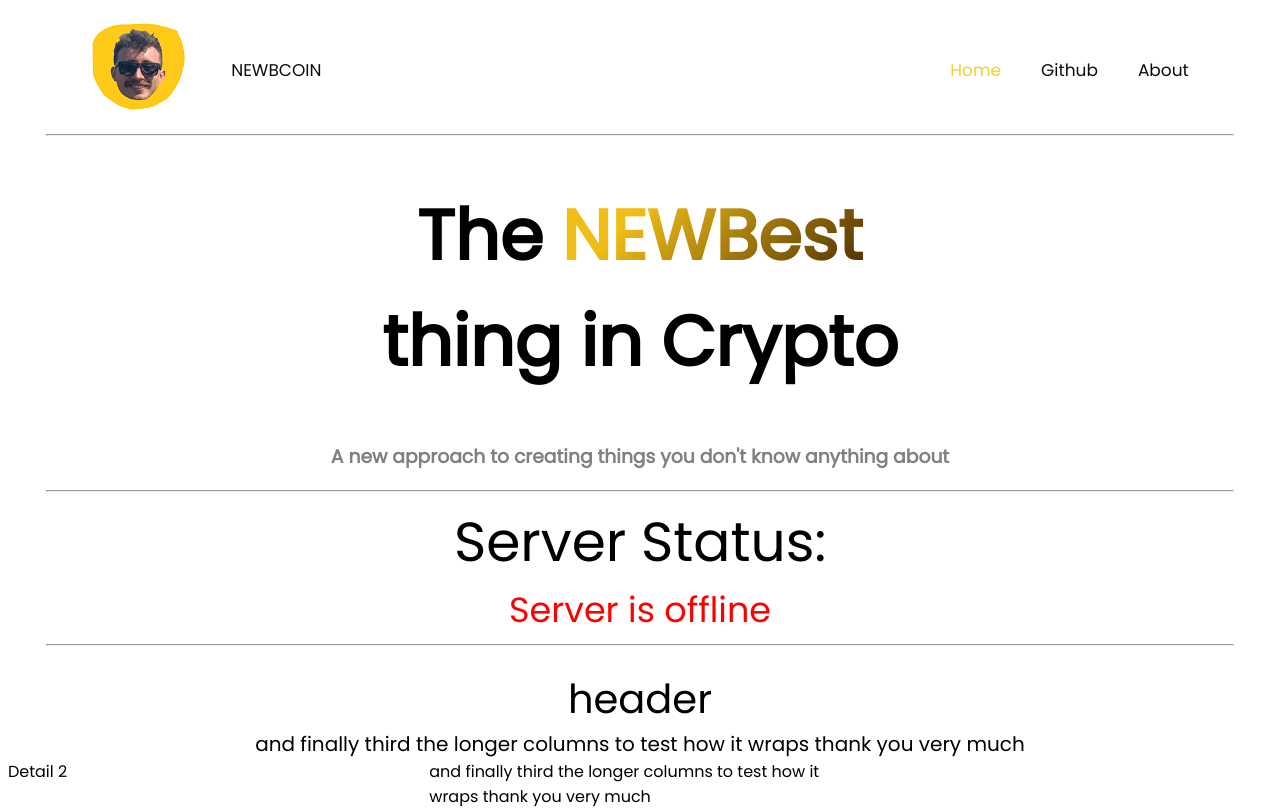
Repository: heartcut/NEWBCOINsite
Page: index.html
These files come from the project's save history. The page is drawn as it stood at one moment and after the next save; the edit follows.
The browser window is 1280 px wide. The pictures show the whole page.
The page's requests for data from a server got no answer.

Above is the page before, as saved 2022-02-09 02:17:26.

After the next save:
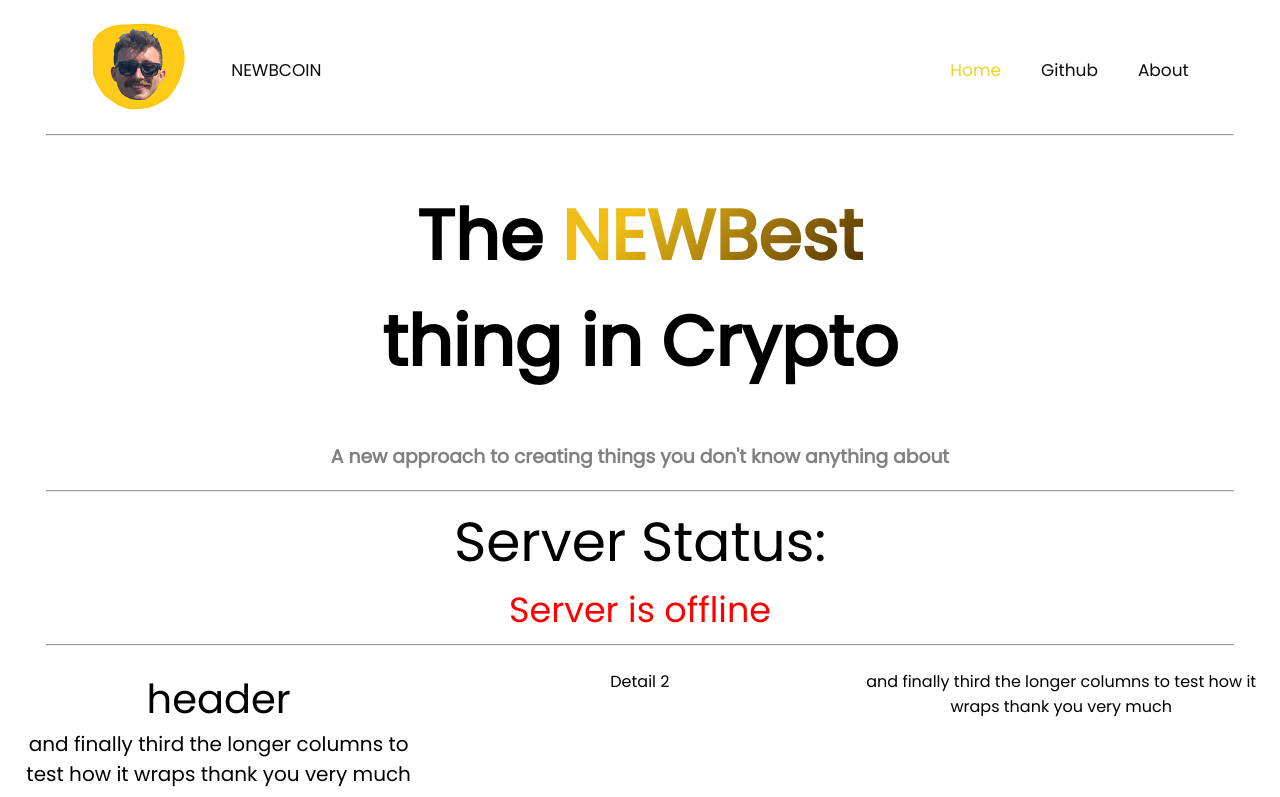
Saved 10 s later.
--- a/index.html
+++ b/index.html
@@ -58,14 +58,14 @@
 
     <hr style="margin-left: 3%;margin-right: 3%;color:rgb(168, 168, 163)">
 
-    <div class="featuresrow" style="text-align: center;padding-top: 15px;>
-        <div class=" featurescolumn">
-        <div style="font-size: 40px;">header</div>
-        <div style="font-size: 20px;">and finally third the longer columns to test how it wraps thank you very much
+    <div class="featuresrow" style="text-align: center;padding-top: 15px;">
+        <div class="featurescolumn">
+            <div style="font-size: 40px;">header</div>
+            <div style="font-size: 20px;">and finally third the longer columns to test how it wraps thank you very much
+            </div>
         </div>
-    </div>
-    <div class="featurescolumn"> Detail 2</div>
-    <div class="featurescolumn">and finally third the longer columns to test how it wraps thank you very much</div>
+        <div class="featurescolumn"> Detail 2</div>
+        <div class="featurescolumn">and finally third the longer columns to test how it wraps thank you very much</div>
     </div>
 
     <script src="scripts.js"></script>
